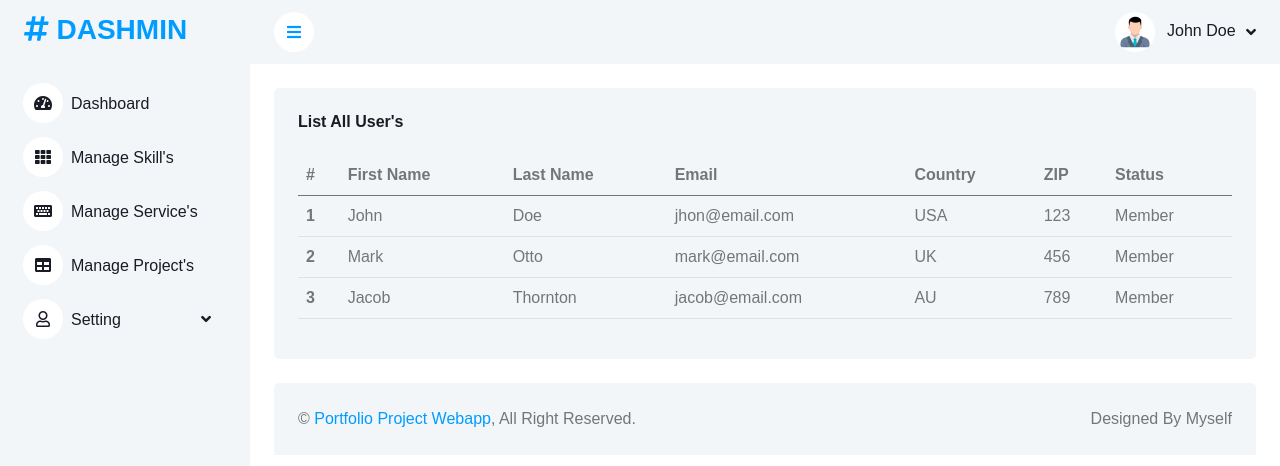
Repository: h4fizm/management-portfolio-project-webapp
Page: http://localhost/manage-user
These files come from the project's save history. The page is drawn as it stood at one moment and after a run of saves; the edit follows.
The browser window is 1280 px wide. The pictures show the whole page.
Some web fonts or font styles are not loaded; a fallback is used. Some web libraries are served in a nearby version. The page is served by the project's Laravel application, run on PHP 8.4 with Laravel 12. A made-up administrator, Test User (test@example.com), is signed in.

Above is the page before, as saved 2025-01-15 03:18:33.
Console error: TypeError: Cannot read properties of undefined (reading 'getContext')

After the next 4 saves:
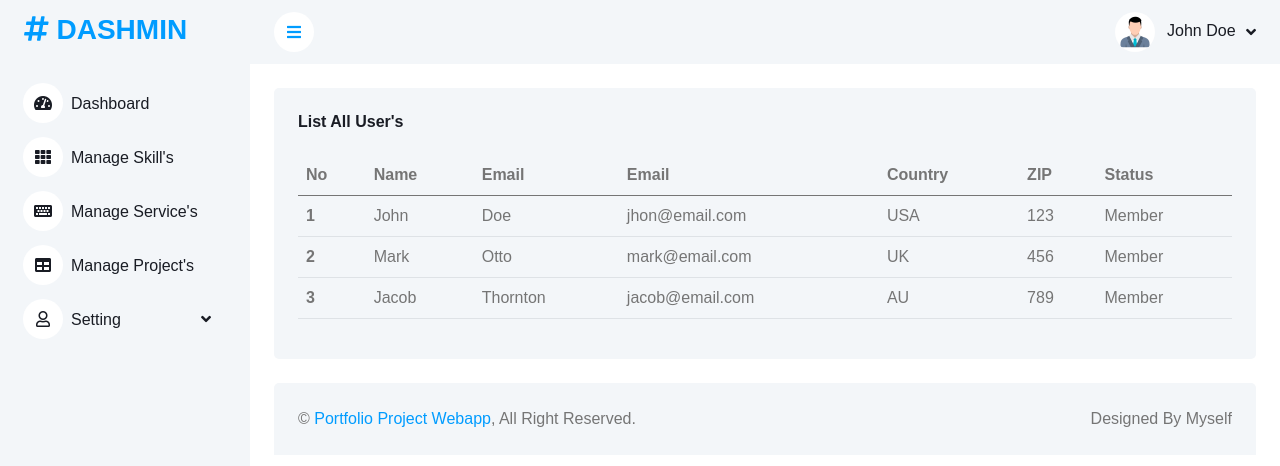
The 4 saves are shown as one change because they came seconds apart.
The last was saved 17 s later.
--- a/resources/views/menu/manage-user.blade.php
+++ b/resources/views/menu/manage-user.blade.php
@@ -9,9 +9,9 @@
             <table class="table">
                 <thead>
                     <tr>
-                        <th scope="col">#</th>
-                        <th scope="col">First Name</th>
-                        <th scope="col">Last Name</th>
+                        <th scope="col">No</th>
+                        <th scope="col">Name</th>
+                        <th scope="col">Email</th>
                         <th scope="col">Email</th>
                         <th scope="col">Country</th>
                         <th scope="col">ZIP</th>
